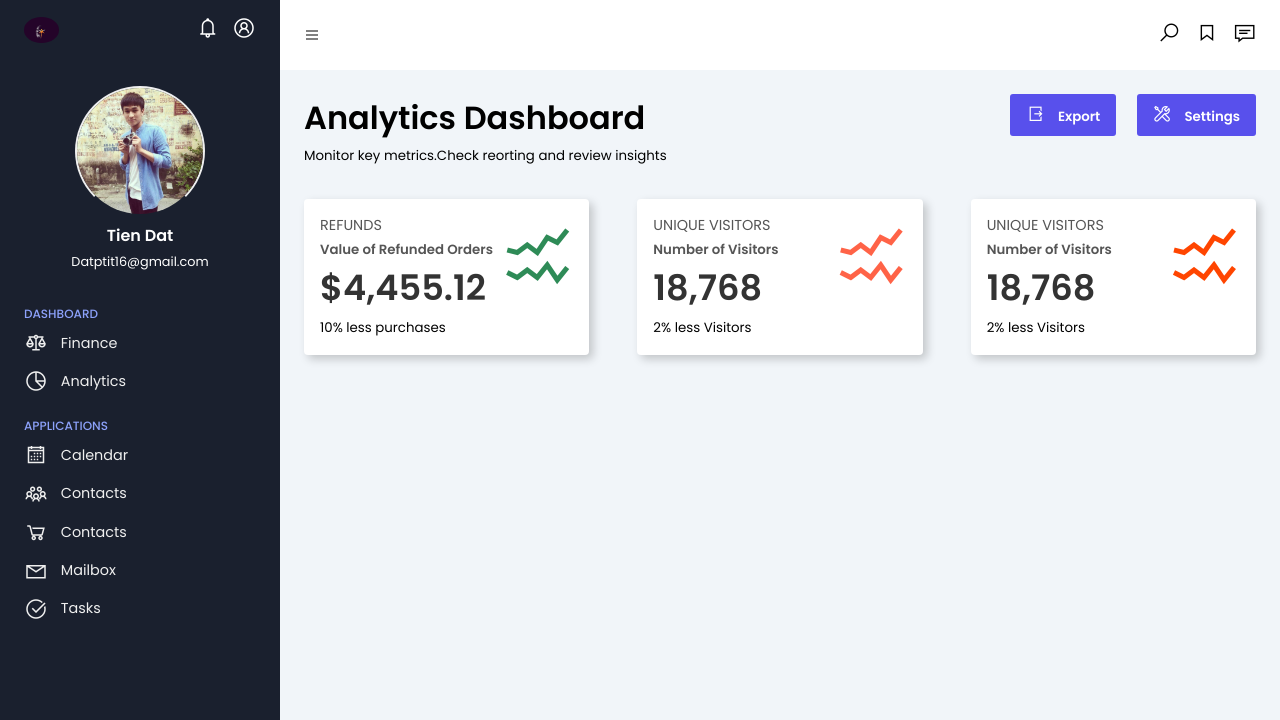
Repository: Datt21/dashboard-fe-project
Page: index.html
An editor plug-in stored every save of this project. The page is shown before and after the next save, followed by the edit.
The browser window is 1280 px wide. The pictures show the whole page.

Above is the page before, as saved 2021-06-08 19:05:25.

### index.html
<!DOCTYPE html>
<html lang="en">
<head>
    <meta charset="UTF-8">
    <meta http-equiv="X-UA-Compatible" content="IE=edge">
    <meta name="viewport" content="width=device-width, initial-scale=1.0 maxium-scale=1.0">

    <!-- =============== UNICONS =================== -->
    <link rel="stylesheet" href="https://maxst.icons8.com/vue-static/landings/line-awesome/line-awesome/1.3.0/css/line-awesome.min.css">
    <!-- =============== GOOGLE FONT =============== -->

    <!-- =============== CSS ================== -->
    <link rel="stylesheet" href="./assets/css/style.css">

    <title>Tien Dat Admin Dashboard</title>

</head>
<body>
    <!-- ========== SIDEBAR======== -->
    <div class="sidebar">
    <!-- brand -->
         <div class="sidebar__brand">
             <div class="brand__flex">
                 <img src="./img/loGO1.jpg" width="35px" alt="">

                 <div class="brand__icons">
                     <span class="las la-bell"></span>
                     <span class="las la-user-circle"></span>
                 </div>
             </div>
         </div>
    <!-- main -->
         <div class="sidebar__main">
             <div class="sidebar__user">
                 <img src="./img/119942988_206292647508421_8132941228799644311_n.jpg" alt="">
                 <div>
                     <h3> Tien Dat</h3>
                     <span> Datptit16@gmail.com</span>
                 </div>
             </div>
             <div class="sidebar__menu">
                 <div class="menu-head">
                     <span> Dashboard</span>
                 </div>
                 <ul>
                     <li>
                         <a href="">
                         <span class="las la-balance-scale"></span>
                        Finance
                        </a>
                    </li>
                     <li>
                         <a href=""><span class="las la-chart-pie"></span>
                        Analytics
                         </a>
                    </li>
                 </ul>

                 <div class="menu-head">
                    <span> Applications</span>
                </div>
                <ul>
                    <li>
                        <a href="">
                        <span class="las la-calendar"></span>
                       Calendar
                       </a>
                   </li>
                    <li>
                        <a href=""><span class="las la-users"></span>
                       Contacts
                        </a>
                   </li>
                    <li>
                        <a href=""><span class="las la-shopping-cart"></span>
                       Contacts
                        </a>
                   </li>
                    <li>
                        <a href=""><span class="las la-envelope"></span>
                       Mailbox
                        </a>
                   </li>
                    <li>
                        <a href=""><span class="las la-check-circle"></span>
                       Tasks
                        </a>
                   </li>
                </ul>
             </div>
         </div>
    </div>

    <!-- ================== MAIN CONTENT===================== -->
    <div class="main__content">
        <header>
            <div class="menu__toggle">
                <lable for="">
                    <span class="las la-bars"></span>
                </lable>
            </div>

            <div class="hearder__icons">
                <span class="las la-search"></span>
                <span class="las la-bookmark"></span>
                <span class="las la-sms"></span>
            </div>
        </header>

        <main>
            <div class="page__header">
                <div>
                    <h1>Analytics Dashboard</h1>
                    <small>Monitor key metrics.Check reorting and review insights</small>
                </div>

                <div class="header__actions">
                    <button>
                        <span class="las la-file-export"></span>
                        Export
                    </button>
                    <button>
                        <span class="las la-tools"></span>
                        Settings
                    </button>
                </div>
            </div>

            <div class="cards">
                <div class="card__single">
                     <div class="card__flex">
                         <div class="card__info">
                             <div class="card__head">
                                 <span>Refunds</span>
                                 <small>Value of Refunded Orders</small>
                             </div>

                             <h2>$4,455.12</h2>

                             <small>10% less purchases</small>
                         </div>
                         <div class="card-chart sucess">
                             <span class="las la-chart-line"></span>
                         </div>
                     </div>
                </div>

                <div class="card__single">
                     <div class="card__flex">
                         <div class="card__info">
                             <div class="card__head">
                                 <span>Unique Visitors</span>
                                 <small>Number of Visitors</small>
                             </div>

                             <h2>18,768</h2>

                             <small>2% less Visitors</small>
                         </div>
                         <div class="card-chart danger">
                             <span class="las la-chart-line"></span>
                         </div>
                     </div>
                </div>
                <div class="card__single">
                     <div class="card__flex">
                         <div class="card__info">
                             <div class="card__head">
                                 <span>Unique Visitors</span>
                                 <small>Number of Visitors</small>
                             </div>

                             <h2>18,768</h2>

                             <small>2% less Visitors</small>
                         </div>
                         <div class="card-chart yellow">
                             <span class="las la-chart-line"></span>
                         </div>
                     </div>
                </div>
            </div>
        </main>
    </div>
</body>
</html>

### assets/css/style.css
@import url('https://fonts.googleapis.com/css2?family=Poppins:wght@300;400;500;600&display=swap');

:root{
    --color-main: #1a202e;
}

*{
    font-family: 'Poppins', sans-serif ;
    box-sizing: border-box;
    text-decoration: none;
    list-style-type: none;
    margin: 0;
    padding: 0;
}

.sidebar{
    width: 280px;
    position: fixed;
    left: 0;
    top: 0;
    height: 100%;
    padding: 1rem 1.5rem;
    background: var(--color-main);
    color: #fff;
}

.sidebar__brand{
    height: 70px;
}

.brand__flex{
    display: flex;
    justify-content: space-between;
    align-items: center;
}

.brand__flex img{
    border-radius: 50%;
}

.brand__icons span{
    font-size: 1.5rem;
    margin-left: 0.5rem;
}

.sidebar__user{
    margin: 0rem 0rem 1rem 0rem;
    text-align: center;
}

.sidebar__user img{
    width: 130px;
    height: 130px;
    border-radius: 50%;
    border: 2px solid #efefef;
    border-top: 2px solid #efefef;
    border-left: 2px solid #efefef;
    border-right: 2px solid #efefef;
    border-bottom: 2px solid transparent;
}

.sidebar__user h3{
    font-size: 1rem;
}

.sidebar__user span{
    font-size: .8rem;
}

.sidebar__menu {
    margin-top: 2rem;
}

.menu-head {
    text-transform: uppercase;
    color: #8da2fb;
    font-size: .75rem;
    font-weight: 500;
    margin-bottom: 0.5rem;
}

.sidebar__menu ul{
    margin-bottom: 1.5rem;
}

.sidebar__menu li{
    margin-bottom: 0.9rem;

}

.sidebar__menu li a{
    color: #efefef;
    font-size: .9rem;
    display: flex;
    align-items: center;
}

.sidebar__menu li a span{
    font-size: 1.5rem;
    display: inline-block;
    margin-right: 0.8rem;
}



header{
    height: 70px;
    display: flex;
    justify-content: space-between;
    align-items: center;
    padding: 1rem 1.5rem;
}

.menu__toggle label{
    height: 60px;
    width: 60px;
    display: grid;
    place-items: center;
    font-size: 1.5rem;
    border-radius: 50%;
}

.hearder__icons span{
    display: inline-block;
    margin-left: .7rem;
    font-size: 1.4rem;
}

.menu__toggle label:hover {
    background: #efefef;
}

.main__content{
    margin-left: 280px;
}

main {
    padding: 1.5rem;
    background: #f1f5f9;
    min-height: calc(100vh - 70px);
}

.page__header {
    display: flex;
    justify-content: space-between;
}

.header__actions button {
    outline: none;
    background: #5850ec;
    color: #fff;
    border: none;
    padding: .6rem 1rem;
    margin-left: 1rem;
    border-radius: 3px;
    font-weight: 600;
}

.header__actions button span{
    font-size: 1.2rem;
    margin-right: .6rem;

}

.cards{
    display: grid;
    grid-template-columns: repeat(3, 1fr);
    grid-gap : 3rem;
    padding-top: 2rem;
}

.card__single{
    background: #fff;
    padding: 1rem;
    box-shadow: 4px 4px 10px rgba(0,0,0,0.2) ;
    border-radius: 4px;
}

.card__flex{
    display: grid;
    grid-template-columns: 70% auto;
}

.card__head span{
    display: block;
    text-transform: uppercase;
    color: #555;
    font-size: .9rem;
}

.card__head small{
    font-weight: 600;
    color: #555;
}

.card__info h2{
    font-size: 2.2rem;
    color: #333;
}

.card-chart span{
    font-size: 5rem;
}

.card-chart.sucess{
    color: seagreen;
}
.card-chart.danger{
    color: tomato;
}
.card-chart.yellow{
    color: orangered;
}

After the next save:
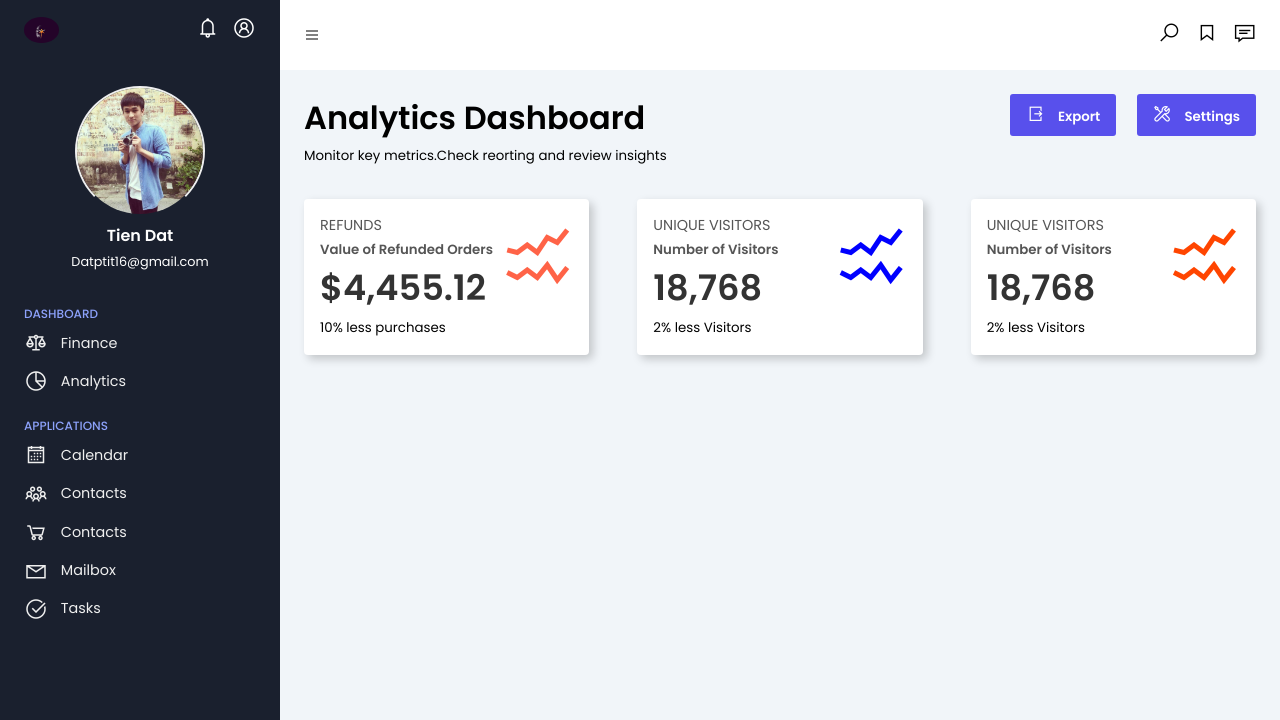
Saved 68 s later.
--- a/assets/css/style.css
+++ b/assets/css/style.css
@@ -203,10 +203,10 @@ main {
 }
 
 .card-chart.sucess{
-    color: seagreen;
+    color: tomato;
 }
 .card-chart.danger{
-    color: tomato;
+    color: blue;
 }
 .card-chart.yellow{
     color: orangered;
